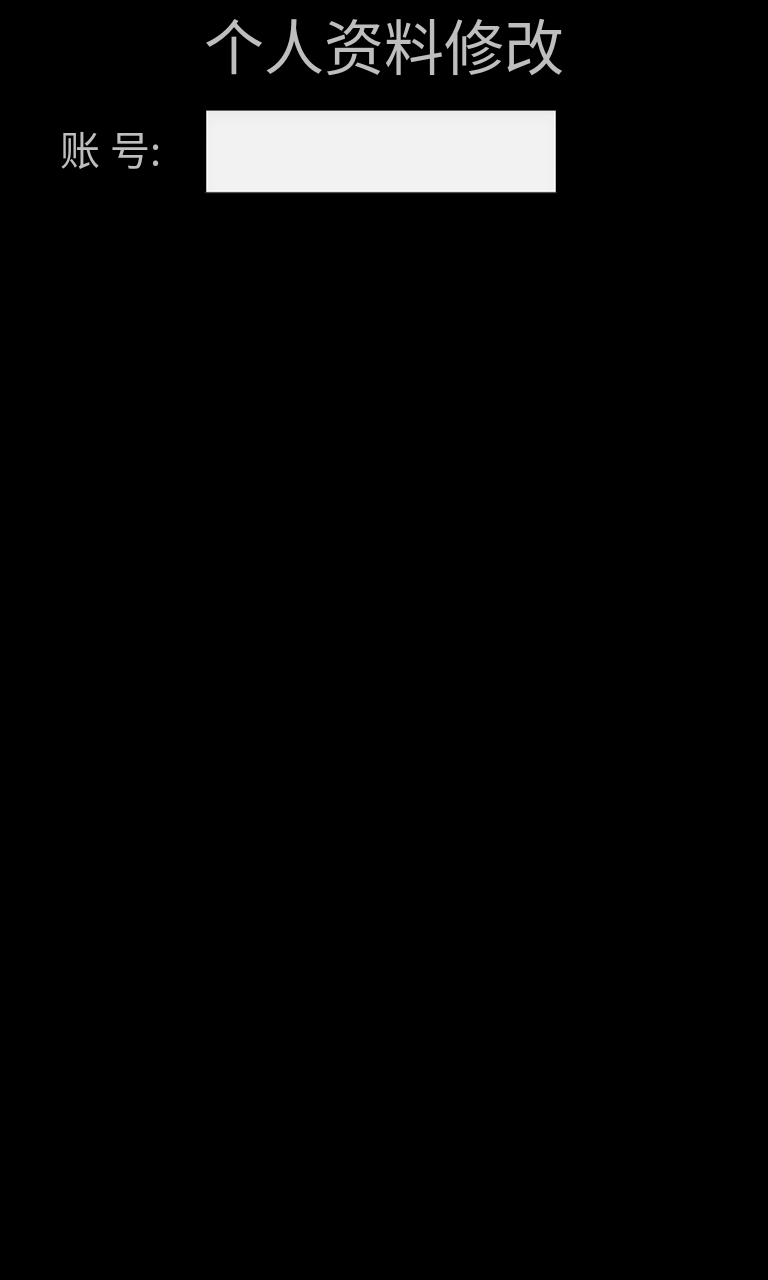
Repository: jcyfkimi/Android-TaoTao
Layout: TaoTao/res/layout/manageuserinfo.xml
An editor plug-in stored every save of this project. The layout is shown before and after the next save, followed by the edit.
It is drawn on a 768 x 1280 px phone screen (xhdpi) without system bars, with theme android:Theme; the app's code is not run.

Above is the layout before, as saved 2011-09-16 05:56:17.

After the next save:
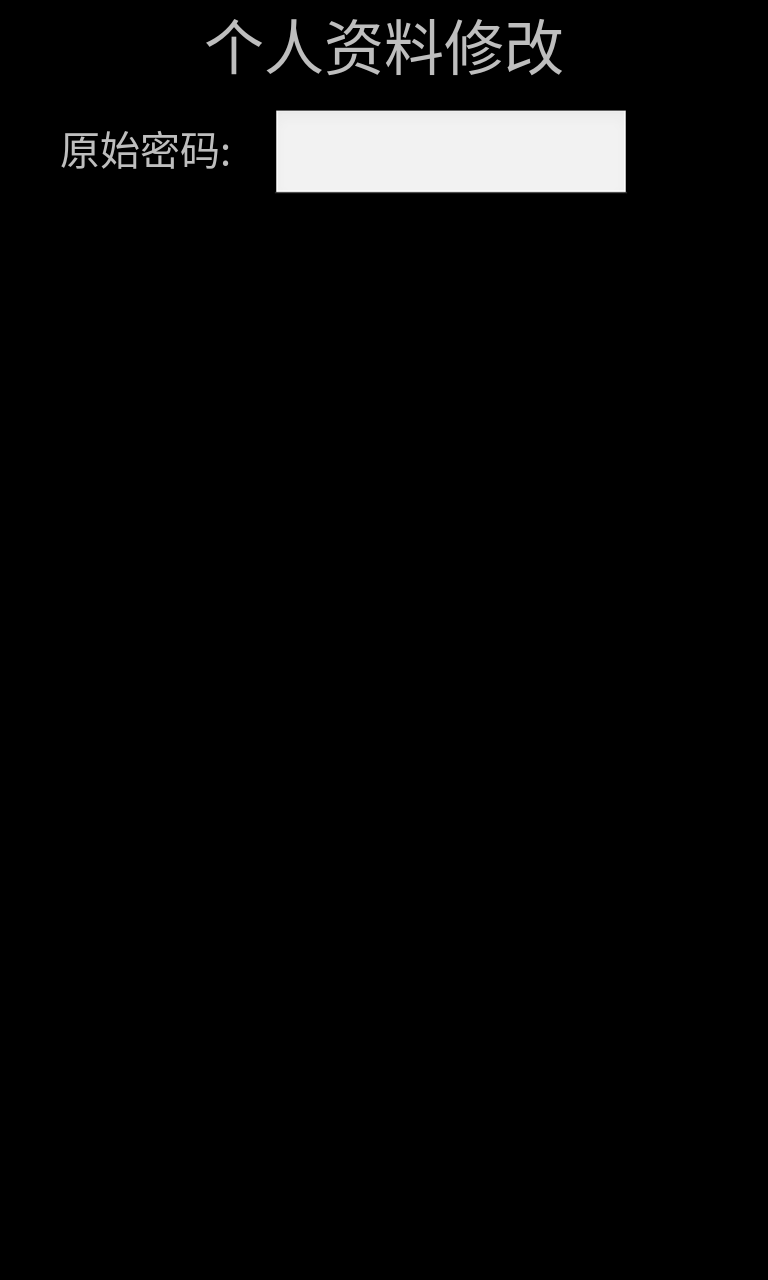
Saved 15 s later.
--- a/TaoTao/res/layout/manageuserinfo.xml
+++ b/TaoTao/res/layout/manageuserinfo.xml
@@ -20,7 +20,7 @@
 	  	android:layout_height="wrap_content"
 	  	android:layout_marginLeft="30dip"
 	  	android:layout_marginTop="10dip"
-	  	android:text="@string/reguname"
+	  	android:text="@string/manageinfopass"
 	  	android:textSize="20dip"/>
 	  <EditText android:id="@+id/regname"
 	  	android:layout_width="180dip"
